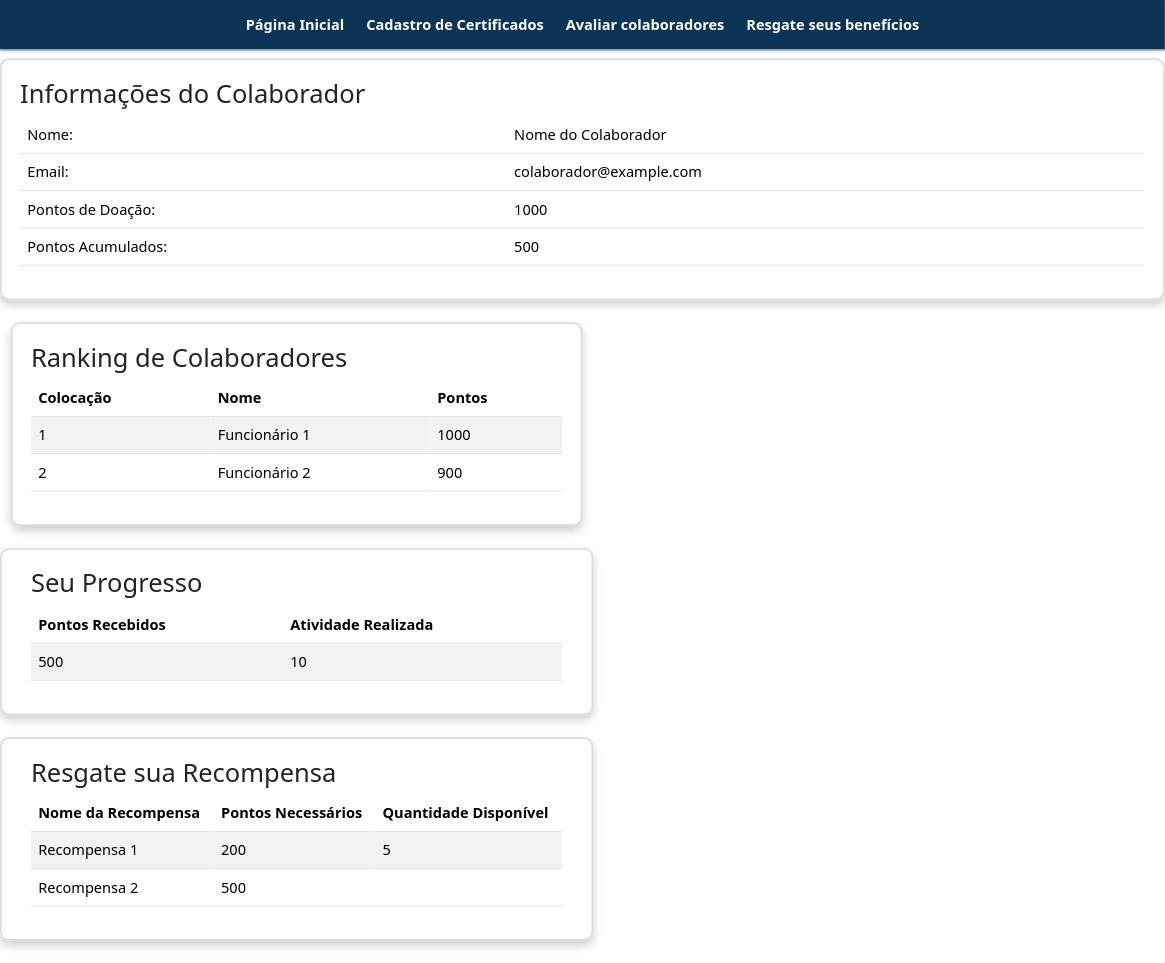
Repository: mumuryllo/ProjetoZupPointsCatalisa5
Page: ZuPointsCatalisa5 Front-End/colaborador.html
An editor plug-in stored every save of this project. The page is shown before and after the next save, followed by the edit.
The browser window is 1280 px wide. The pictures show the whole page, at 91% of full size.
The page's requests for data from a server got no answer.

Above is the page before, as saved 2023-10-12 17:15:04.

After the next save:
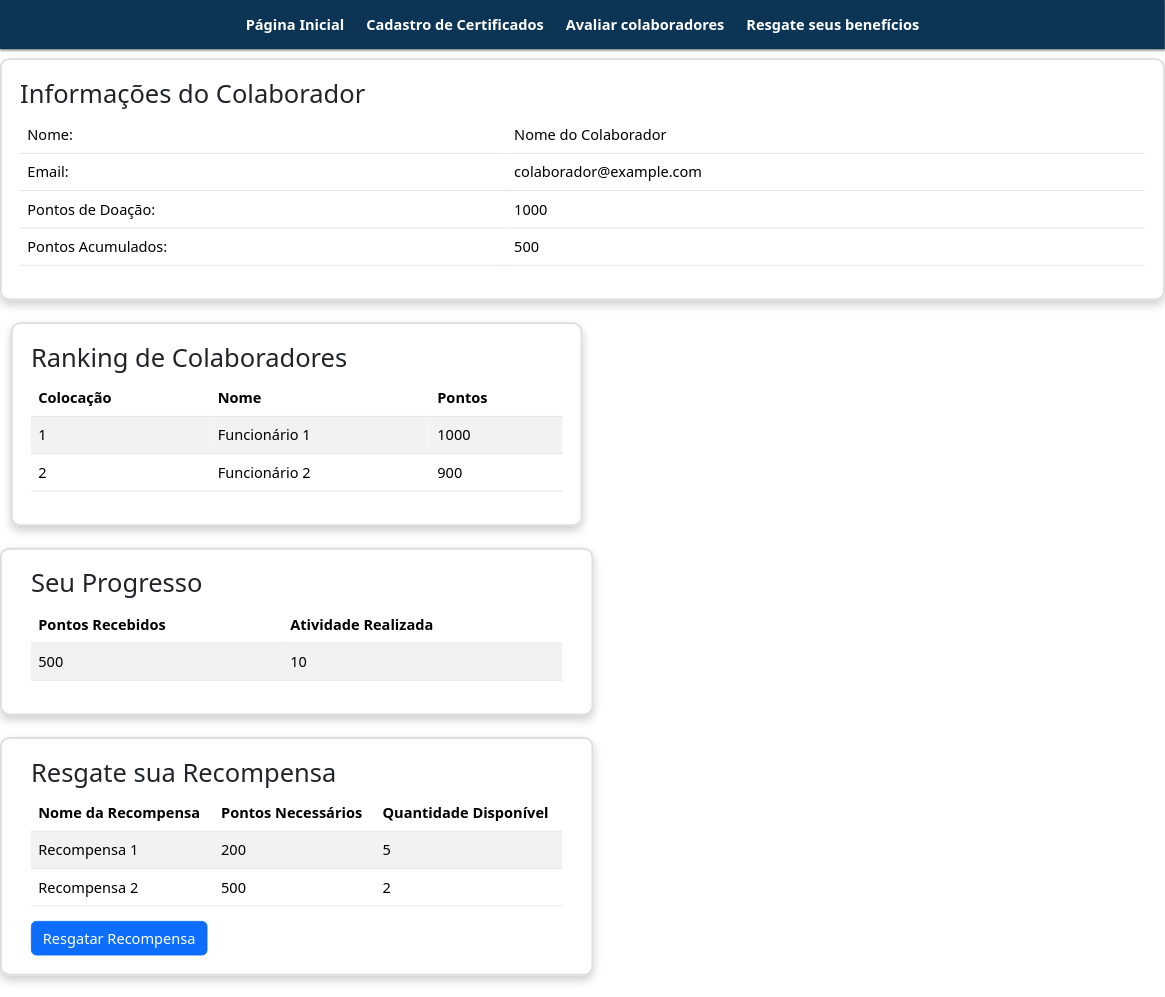
Saved 3 min 38 s later.
--- a/ZuPointsCatalisa5 Front-End/colaborador.html
+++ b/ZuPointsCatalisa5 Front-End/colaborador.html
@@ -141,4 +141,20 @@
                                         <tr>
                                             <td>Recompensa 2</td>
                                             <td>500</td>
-                                            <td>
+                                            <td>2</td>
+                                        </tr>
+                                        <!-- Adicione mais linhas conforme necessário -->
+                                    </tbody>
+                                </table>
+                            </div>
+                            <button class="btn btn-primary text-center">Resgatar Recompensa</button>
+                        </div>
+                    </div>
+                </div>
+            </div>
+        </div>
+    </div>
+    <script src="./js/listarCertificado.js"></script>
+    <script src="https://cdn.jsdelivr.net/npm/bootstrap@5.3.2/dist/js/bootstrap.bundle.min.js" integrity="sha384-C6RzsynM9kWDrMNeT87bh95OGNyZPhcTNXj1NW7RuBCsyN/o0jlpcV8Qyq46cDfL" crossorigin="anonymous"></script>
+</body>
+</html>
